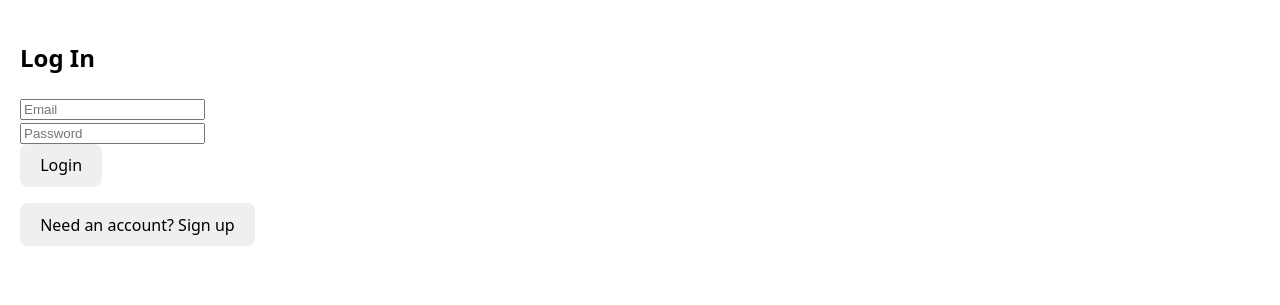
Repository: rosieomusic/chore-app
Page: /
The author's editor kept a copy of each file at every save. The page is drawn from the files as they stood at one save, then again after the next save.
The browser window is 1280 px wide. The pictures show the whole page.
The project was rebuilt for these pictures with package versions that can differ from the ones it lists, and the page was loaded fresh each time. Also part of the build but not shown: vite.config.js, src/components/ChoreListComponent.jsx.

Above is the page before, as saved 2025-06-08 16:16:03.

After the next save:
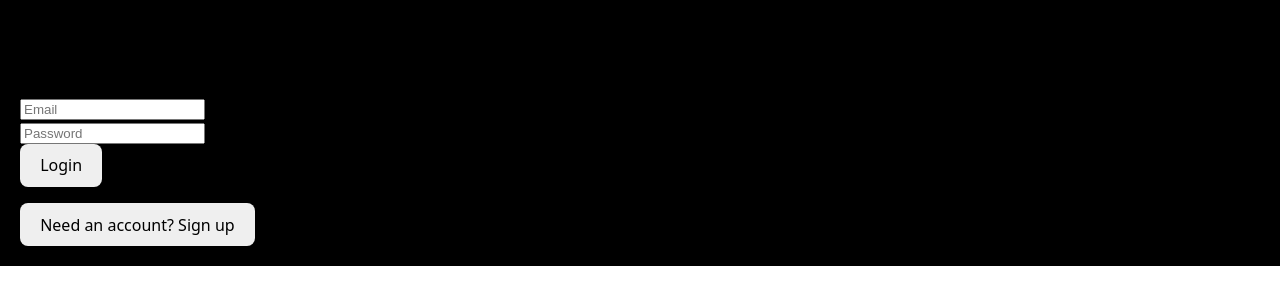
Saved 21 s later.
--- a/src/App.css
+++ b/src/App.css
@@ -1,8 +1,8 @@
 #root {
 	margin: 0;
+	background-color: black;
 }
 .app-container {
-	background-color: aqua;
 }
 #welcome {
 }
